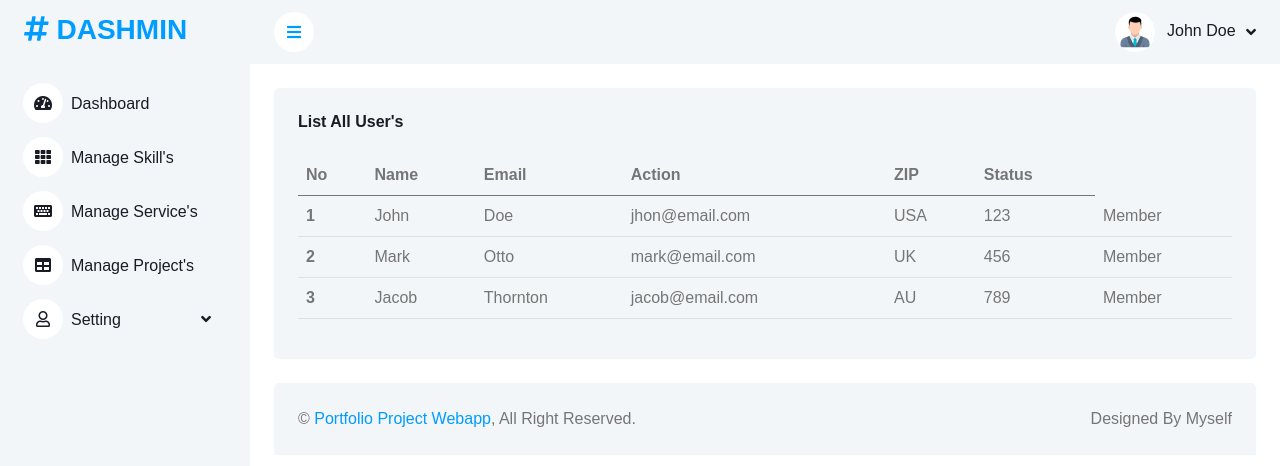
Repository: h4fizm/management-portfolio-project-webapp
Page: http://localhost/manage-user
These files come from the project's save history. The page is drawn as it stood at one moment and after the next save; the edit follows.
The browser window is 1280 px wide. The pictures show the whole page.
Some web fonts or font styles are not loaded; a fallback is used. Some web libraries are served in a nearby version. The page is served by the project's Laravel application, run on PHP 8.4 with Laravel 12. A made-up administrator, Test User (test@example.com), is signed in.

Above is the page before, as saved 2025-01-15 03:19:13.
Console error: TypeError: Cannot read properties of undefined (reading 'getContext')

After the next save:
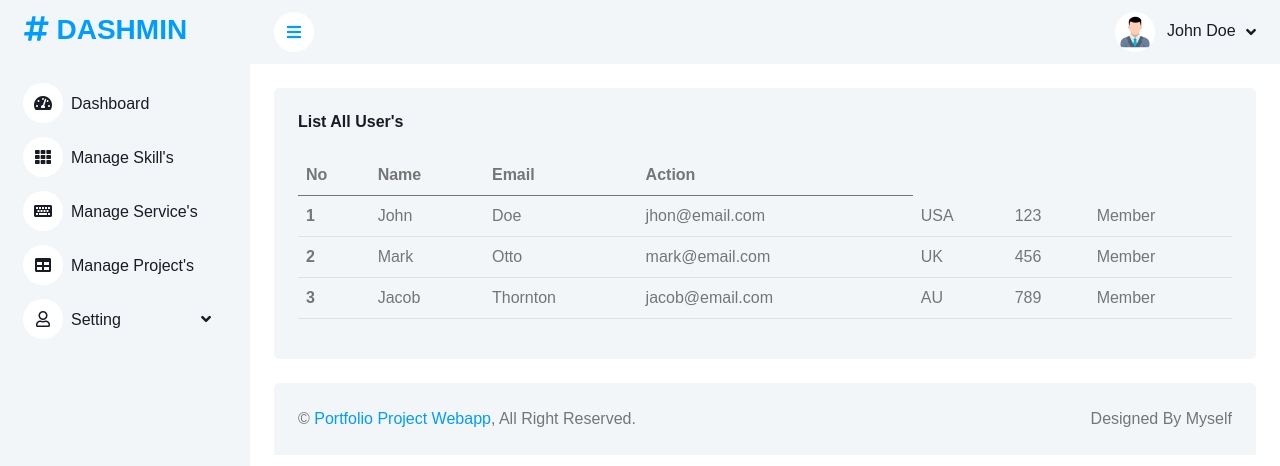
Saved 4 s later.
--- a/resources/views/menu/manage-user.blade.php
+++ b/resources/views/menu/manage-user.blade.php
@@ -13,8 +13,6 @@
                         <th scope="col">Name</th>
                         <th scope="col">Email</th>
                         <th scope="col">Action</th>
-                        <th scope="col">ZIP</th>
-                        <th scope="col">Status</th>
                     </tr>
                 </thead>
                 <tbody>
